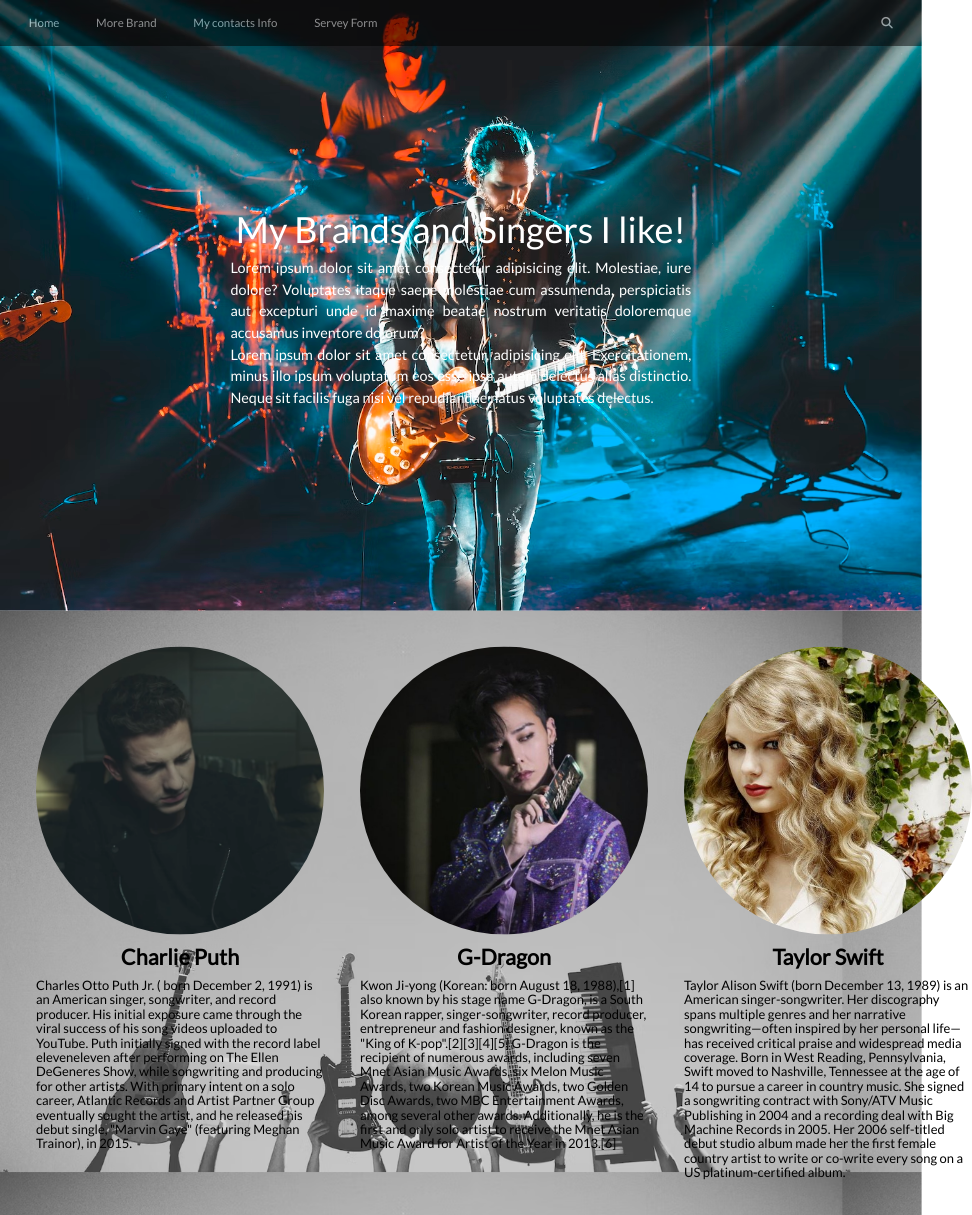
Repository: MinChea36/asm
Page: ASSM1.html
These files come from the project's save history. The page is drawn as it stood at one moment and after a run of saves; the edit follows.
The browser window is 1280 px wide. The page is 1350 px wide, so the pictures cover 1350 px, including what lies to the right of the window. The pictures show the whole page, at 72% of full size.

Above is the page before, as saved 2022-09-22 22:47:45.

### ASSM1.html
<!DOCTYPE html>
<html lang="en">
<head>
    <meta charset="UTF-8">
    <meta http-equiv="X-UA-Compatible" content="IE=edge">
    <meta name="viewport" content="width=device-width, initial-scale=1.0">
    <link rel="stylesheet" href="./resetcss.css">
    <link rel="stylesheet" href="./style.css">
    <link rel="stylesheet" href="https://cdnjs.cloudflare.com/ajax/libs/font-awesome/6.2.0/css/all.min.css">
    <link rel="stylesheet" href="https://fonts.googleapis.com/css?family=Lato">
    <title>AssignMent 1</title>
</head>
<body>
    <div class="top-menu">
        <div class="menu">
            <a href="#1">Home</a> |
            <a href="#2">More Brand</a> |
            <a href="#3">My contacts Info</a> |
            <a href="#4">Servey Form</a> |
        </div>
        <div class="search">
            <i class="fa-solid fa-magnifying-glass"></i>
        </div>
    </div>
    <div class="brand-singer">
        <img src="./photo-1598387993441-a364f854c3e1.avif" width="100%" alt="">
        <div class="brand-singer-in-img">
        <h2>My Brands and Singers I like!</h2>
        <p>Lorem ipsum dolor sit amet consectetur adipisicing elit. Molestiae, iure dolore? Voluptates itaque saepe molestiae cum assumenda, perspiciatis aut excepturi unde id maxime beatae nostrum veritatis doloremque accusamus inventore dolorum?<br>
            Lorem ipsum dolor sit amet consectetur, adipisicing elit. Exercitationem, minus illo ipsum voluptatum eos esse ipsa autem delectus alias distinctio. Neque sit facilis fuga nisi vel repudiandae natus voluptates delectus.
        </p>
        </div>
    </div>
    <div class="singers-like">
        <div class="row">
            <div class="card-img">
               <img src="./643a87-Charlie-Puth-Claims-Hes-Done-Writing-Love-Ballads-And-Is-Bring-His-Dark-Thoughts-To-His-New-Album-feature.webp" alt="">
            </div>
            <div class="singers-text">
            <h2>Charlie Puth</h2>
            <p>Charles Otto Puth Jr. ( born December 2, 1991) is an American singer, songwriter, and record producer. His initial exposure came through the viral success of his song videos uploaded to YouTube. Puth initially signed with the record label eleveneleven after performing on The Ellen DeGeneres Show, while songwriting and producing for other artists. With primary intent on a solo career, Atlantic Records and Artist Partner Group eventually sought the artist, and he released his debut single, "Marvin Gaye" (featuring Meghan Trainor), in 2015.</p>
            </div>
        </div>
        <div class="row">
            <div class="card-img">
               <img src="/G-Dragon-elle-man-1.jpg" alt="">
            </div>
            <div class="singers-text">
            <h2>G-Dragon</h2>
            <p>Kwon Ji-yong (Korean: born August 18, 1988),[1] also known by his stage name G-Dragon, is a South Korean rapper, singer-songwriter, record producer, entrepreneur and fashion designer, known as the "King of K-pop".[2][3][4][5] G-Dragon is the recipient of numerous awards, including seven Mnet Asian Music Awards, six Melon Music Awards, two Korean Music Awards, two Golden Disc Awards, two MBC Entertainment Awards, among several other awards. Additionally, he is the first and only solo artist to receive the Mnet Asian Music Award for Artist of the Year in 2013.[6]</p>
            </div>
        </div>
        <div class="row">
            <div class="card-img">
               <img src="images814767taylorsw-c29a.jpg" alt="">
            </div>
            <div class="singers-text">
            <h2>Taylor Swift</h2>
            <p>Taylor Alison Swift (born December 13, 1989) is an American singer-songwriter. Her discography spans multiple genres and her narrative songwriting—often inspired by her personal life—has received critical praise and widespread media coverage. Born in West Reading, Pennsylvania, Swift moved to Nashville, Tennessee at the age of 14 to pursue a career in country music. She signed a songwriting contract with Sony/ATV Music Publishing in 2004 and a recording deal with Big Machine Records in 2005. Her 2006 self-titled debut studio album made her the first female country artist to write or co-write every song on a US platinum-certified album.</p>
        </div>
        </div>
    </div>


</body>
</html>

### resetcss.css
*,
*::before,
*::after {
  box-sizing: border-box;
}
* {
  margin: 0;
  padding: 0;
  font: inherit;
}
body {
  line-height: 1.5;
}
img,
picture,
video,
canvas,
svg {
  display: block;
  max-width: 100%;
}
input,
button,
textarea,
select {
  outline: none;
}
p,
h1,
h2,
h3,
h4,
h5,
h6 {
  overflow-wrap: break-word;
}

### style.css
body {
    padding: 0;
    margin: 0;
    font-family: "Lato", sans-serif;
}
.top-menu {
    display: flex;
    justify-content: space-between;
    background-color: black;
    padding: 20px;
    position: fixed;
    top: 0;
    left: 0;
    z-index: 2;
    right: 0;
    opacity: 0.5;
}
.menu a{
    color: white;
    text-decoration: none;
    padding: 0 20px;
}
.menu a:hover {
    color: red;
}
.search i {
    color: white;
    padding-right: 20px;
}
.brand-singer {
    position: relative;
}
.brand-singer-in-img {
    position: absolute;
    top: 50%;
    left: 50%;
    transform: translate(-50%, -50%);
    color: white;
    text-align: center;
}
.brand-singer h2 {
    font-size: 50px;
}
.brand-singer p {
    text-align: justify;
    font-size: 20px;
}
.singers-like {
    display: grid;
    grid-template-columns: repeat(3,1fr);
    grid-column-gap: 50px;
    padding: 50px 50px;
    line-height: 20px;
    background-image: url(./photo-1445375011782-2384686778a0.avif);
    background-repeat: ;
}
.singers-text h2 {
    margin-top: 20px;
    margin-bottom: 20px;
    text-align: center;
    font-size: 30px;
    font-weight: bold;
}
.singers-text p {
    font-size: 18px;
}
.card-img {
    border-radius: 50%;
    width: 400px;
    height: 400px;
    overflow: hidden;
    margin: 0 auto;
}
.card-img img{
    width: 100%;
    height: 100%;
    object-fit: cover;
}

After the next 3 saves:
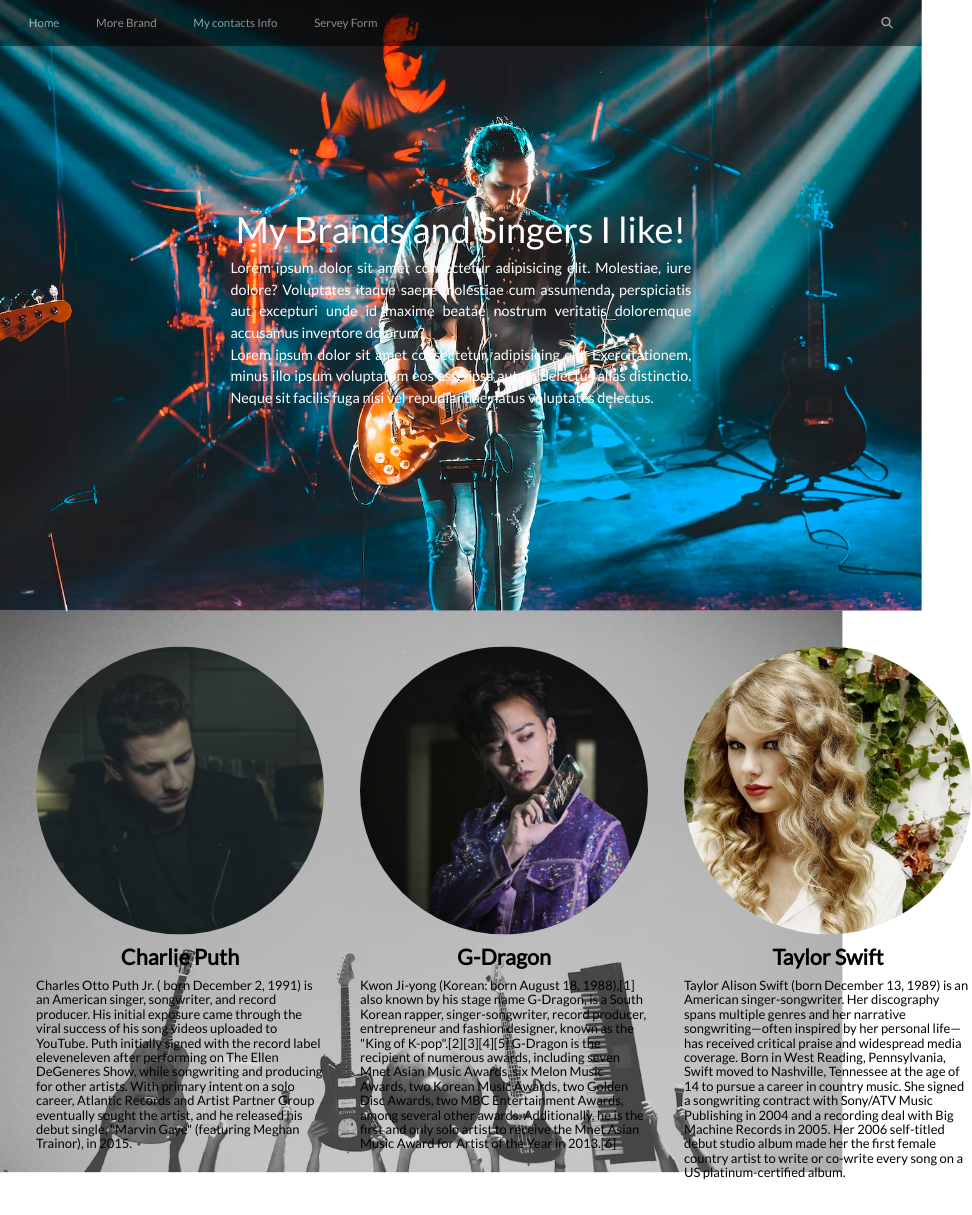
The 3 saves are shown as one change because they came seconds apart.
The last was saved 8 s later.
--- a/style.css
+++ b/style.css
@@ -52,7 +52,7 @@
     padding: 50px 50px;
     line-height: 20px;
     background-image: url(./photo-1445375011782-2384686778a0.avif);
-    background-repeat: ;
+    background-repeat: no-repeat;
 }
 .singers-text h2 {
     margin-top: 20px;

After the save that followed:
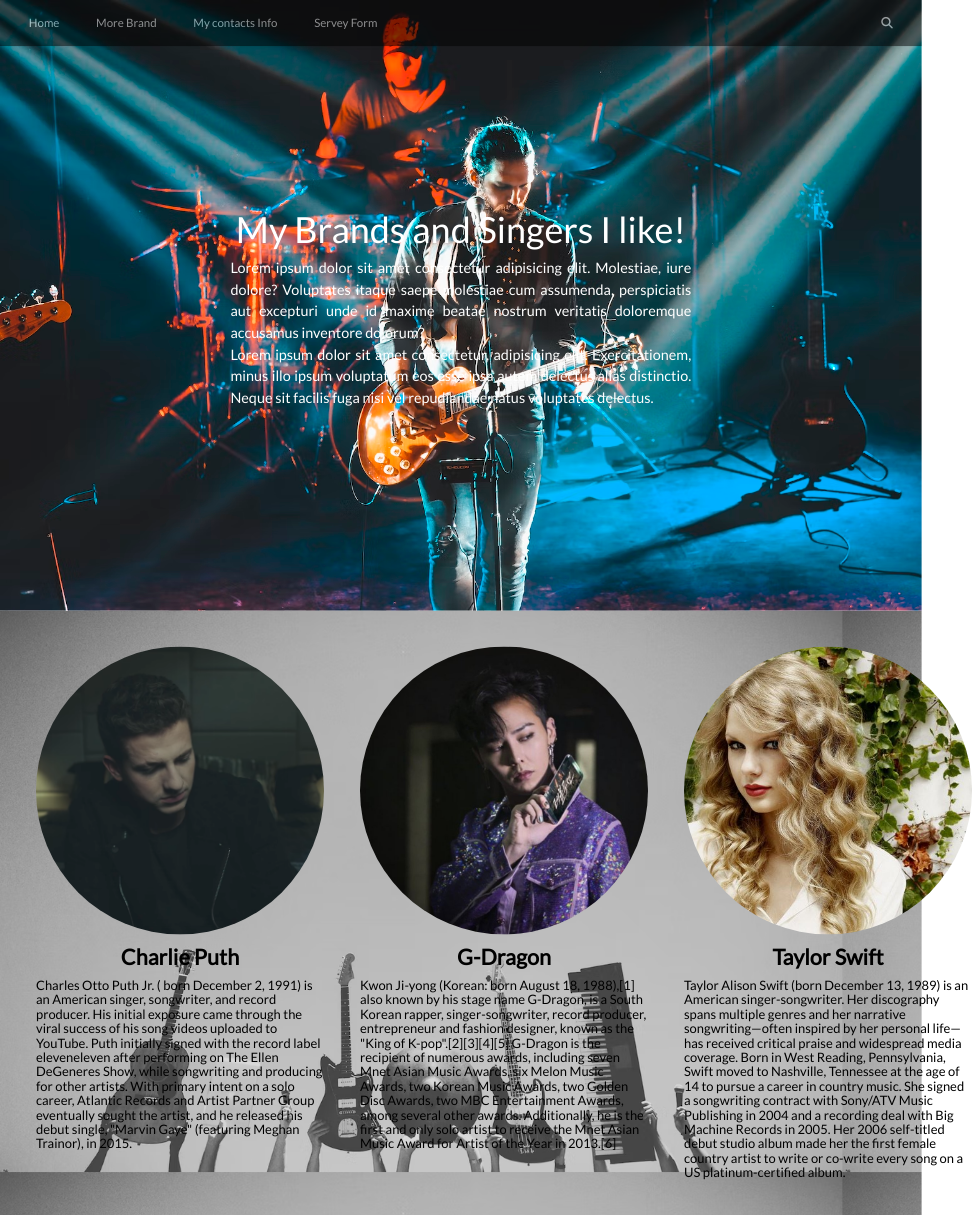
Saved 6 s later.
--- a/style.css
+++ b/style.css
@@ -52,7 +52,6 @@
     padding: 50px 50px;
     line-height: 20px;
     background-image: url(./photo-1445375011782-2384686778a0.avif);
-    background-repeat: no-repeat;
 }
 .singers-text h2 {
     margin-top: 20px;
